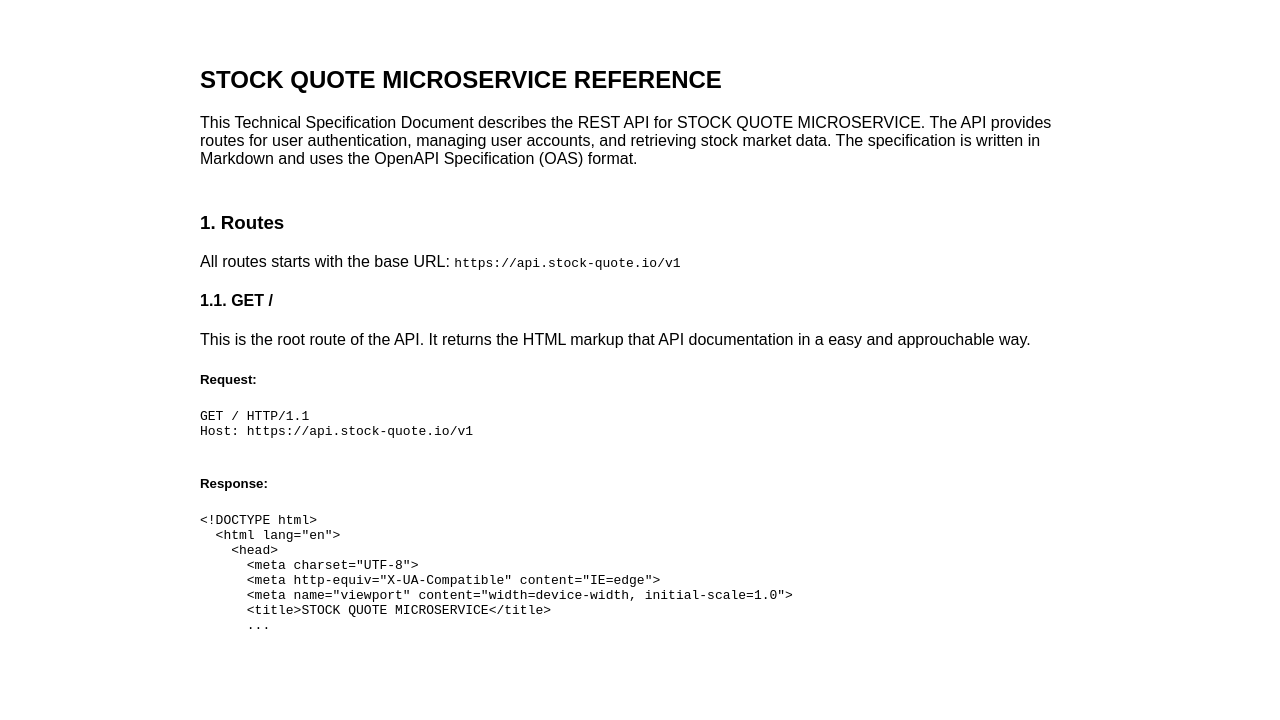
Repository: miguelamello/nest-js
Page: stock-service/reference.html
The author's editor kept a copy of each file at every save. The page is drawn from the files as they stood at one save, then again after a run of saves.
The browser window is 1280 px wide. The pictures show the whole page.

Above is the page before, as saved 2023-04-03 13:36:03.

After the next 7 saves:
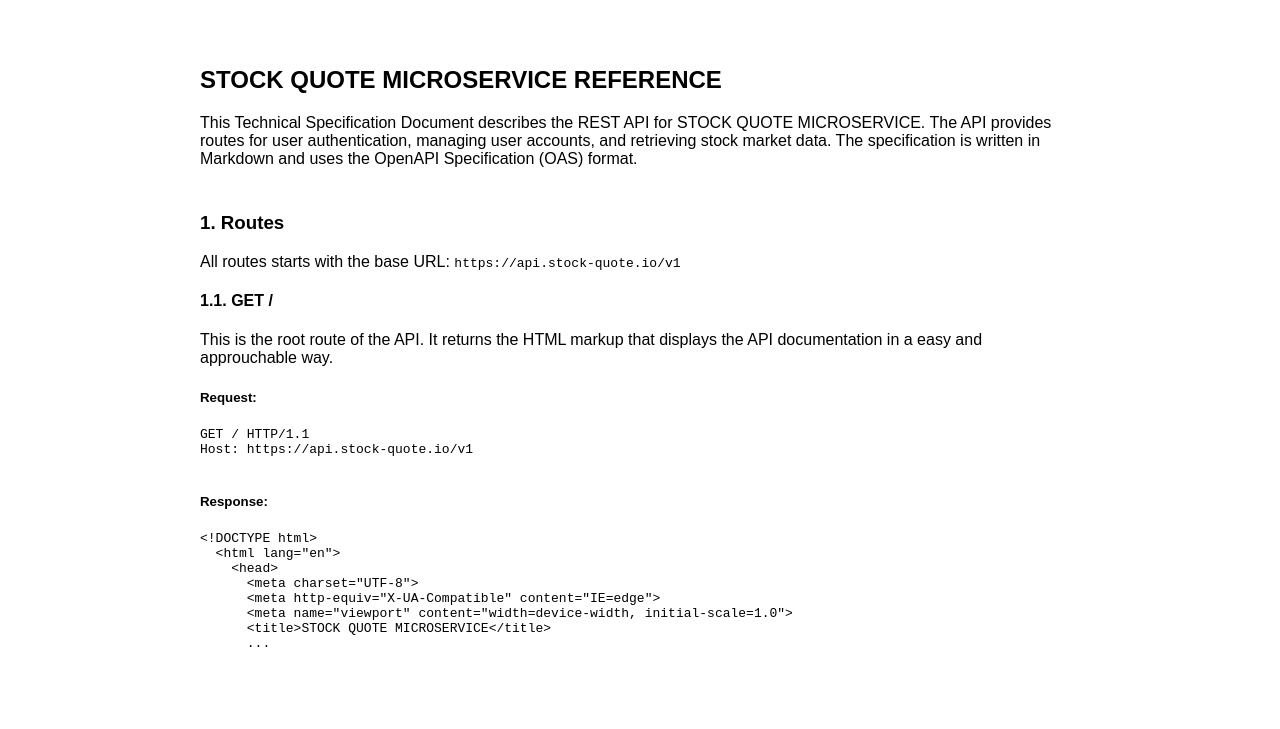
The 7 saves are shown as one change because they came seconds apart.
The last was saved 18 s later.
--- a/stock-service/reference.html
+++ b/stock-service/reference.html
@@ -36,7 +36,8 @@
 
   <p>
     <h4>1.1. GET /</h4>
-    This is the root route of the API. It returns the HTML markup that API documentation in a easy and approuchable way.
+    This is the root route of the API. It returns the HTML markup that
+    displays the API documentation in a easy and approuchable way.
   </p>
   <h5>Request:</h5>
   <pre>
